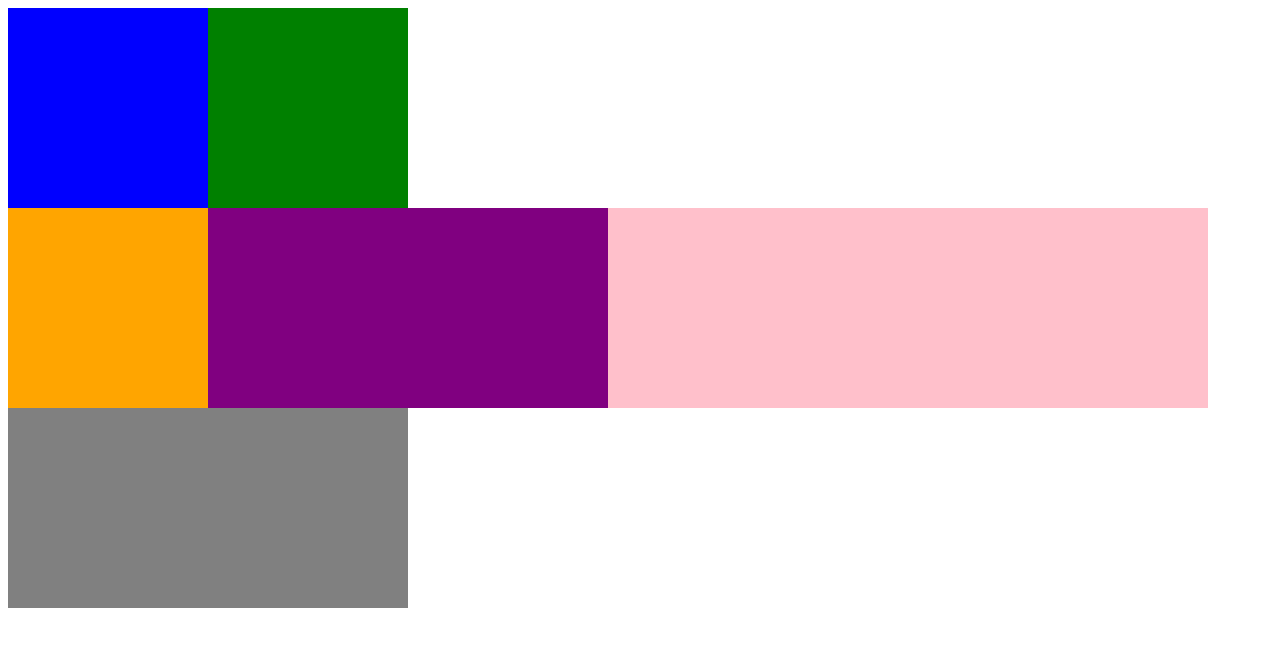
Repository: zmfhd1/Web
Page: boardtest/WebContent/float.html
An editor plug-in stored every save of this project. The page is shown before and after the next save, followed by the edit.
The browser window is 1280 px wide. The pictures show the whole page.

Above is the page before, as saved 2021-08-23 01:49:28.

### boardtest/WebContent/float.html
<!DOCTYPE html>
<html>
<head>
  <meta charset="UTF-8">
  <style>
.col {
  height: 200px;
}

.sample1 {
  width: 200px;
}

.sample2 {
  width: 400px;
}

.sample3 {
  width: 600px;
}


#div1 {
  float: left;
}

#div2{
  float: left;
}

/* #div3{
  float: left;
} */
#div4{
  float: left;
}

#div5{
  float: left;
}

#div6{
  float: left;
}

#div7{
  float: left;
} */
  </style>
</head>
  <body>
    <div id="div1" class="col sample1" style="background-color: blue;"></div>
    <div id="div2" class="col sample1" style="background-color: green;"></div>
    <div id="div3" class="col sample1" style="background-color: yellow;"></div>
    <div id="div4" class="col sample1" style="background-color: orange;"></div>
    <div id="div5" class="col sample2" style="background-color: purple;"></div>
    <div id="div6" class="col sample3" style="background-color: pink;"></div>
    <div id="div7" class="col sample2" style="background-color: grey;"></div>
  </body>
</html>

After the next save:
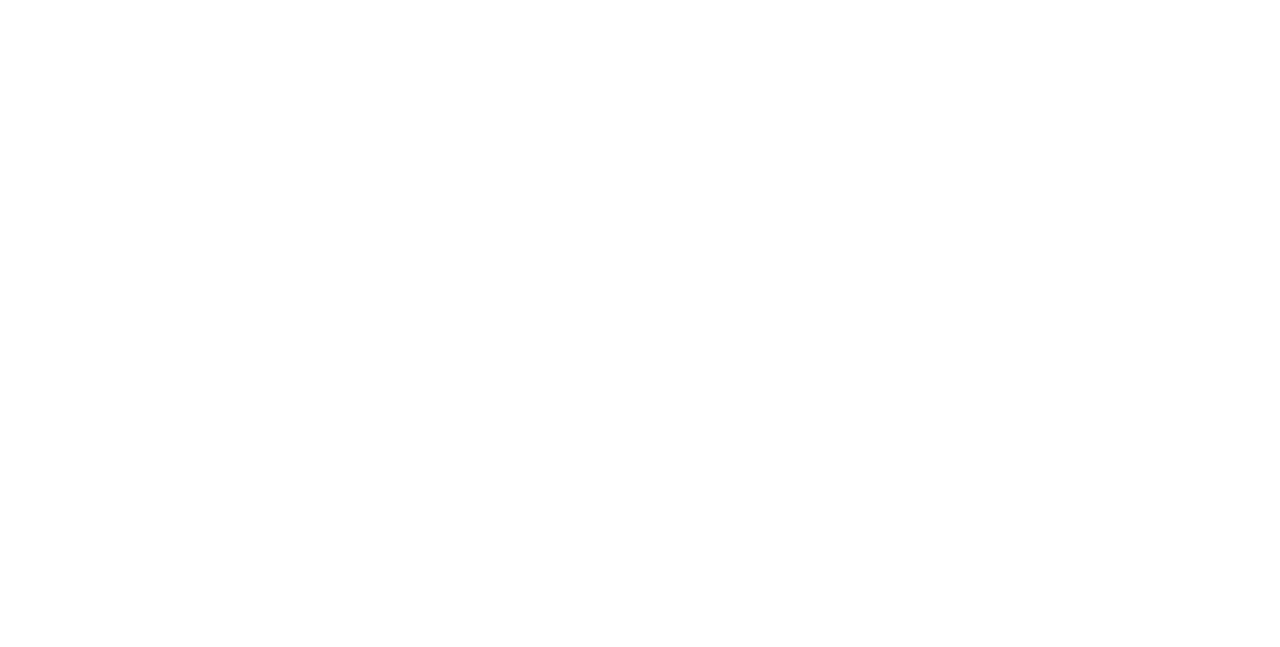
Saved 2 min 52 s later.
--- a/boardtest/WebContent/float.html
+++ b/boardtest/WebContent/float.html
@@ -3,6 +3,7 @@
 <head>
   <meta charset="UTF-8">
   <style>
+  /*
 .col {
   height: 200px;
 }
@@ -46,6 +47,7 @@
 #div7{
   float: left;
 } */
+
   </style>
 </head>
   <body>

After the save that followed:
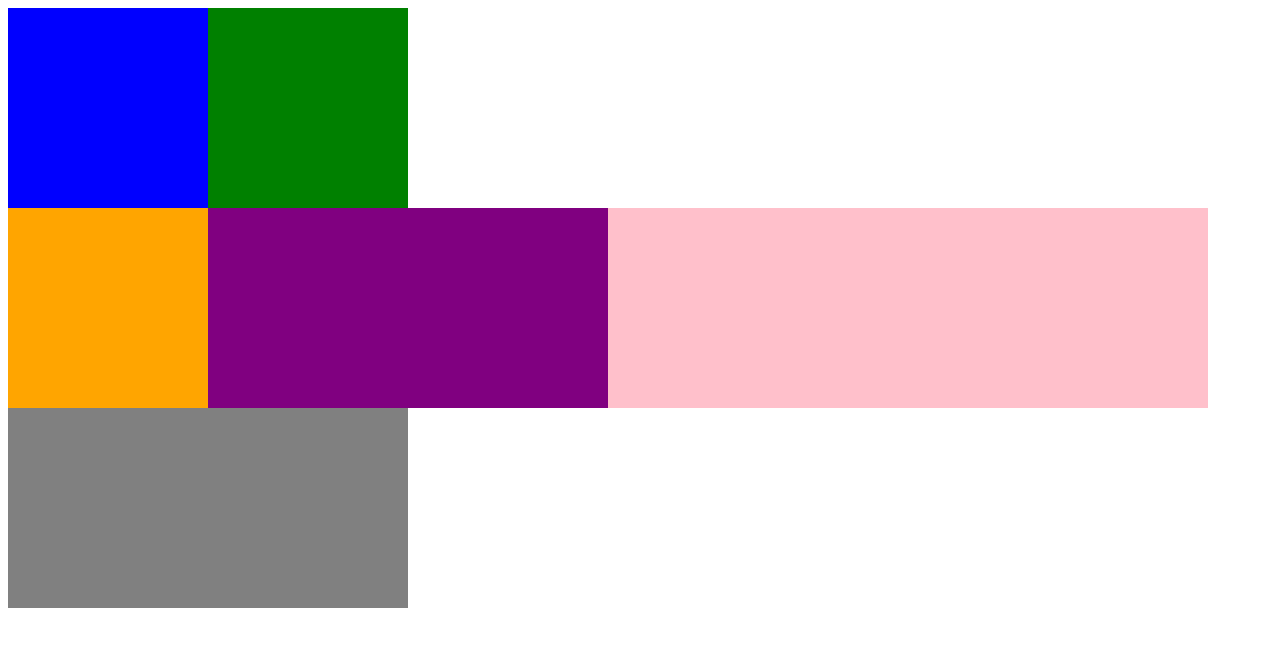
Saved 30 s later.
--- a/boardtest/WebContent/float.html
+++ b/boardtest/WebContent/float.html
@@ -3,7 +3,7 @@
 <head>
   <meta charset="UTF-8">
   <style>
-  /*
+
 .col {
   height: 200px;
 }
